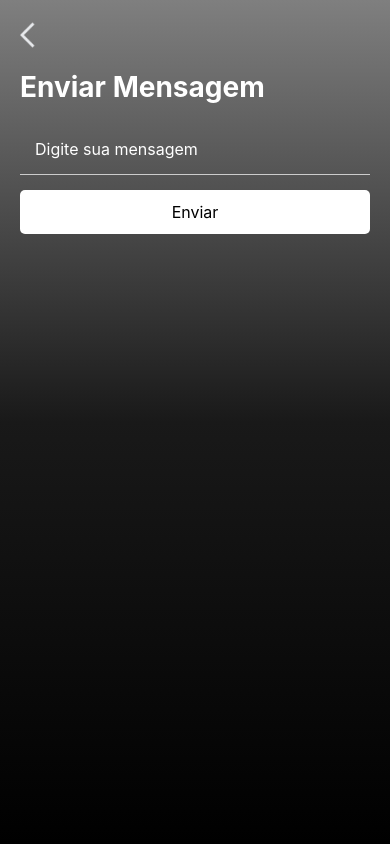
Repository: Matheus904-12/Notifire
Screen: /SendMessage (app in notiFire/)
An editor plug-in stored every save of this project. The screen is shown before and after the next save, followed by the edit.
The app was drawn by React Native's web renderer in a window 390 px wide. The project was rebuilt for these pictures with package versions that can differ from the ones it lists, and the page was loaded fresh each time. Also part of the build but not shown: notiFire/screens/AuthScreen.js, notiFire/screens/CadastroScreen.js.

Above is the screen before, as saved 2024-07-30 12:15:38.

### notiFire/App.js
import React from 'react';
import { NavigationContainer } from '@react-navigation/native';
import { createStackNavigator } from '@react-navigation/stack';
import HomeScreen from './screens/HomeScreen';
import AuthScreen from './screens/AuthScreen';
import SendMessageScreen from './screens/SendMessageScreen';
import CadastroScreen from './screens/CadastroScreen';

const Stack = createStackNavigator();

export default function App() {
  return (
    <NavigationContainer>
      <Stack.Navigator initialRouteName="Home">
      <Stack.Screen name="Home" component={HomeScreen} options={{ headerShown: false }} />
        <Stack.Screen name="Auth" component={AuthScreen} options={{ headerShown: false }} />
        <Stack.Screen name="SendMessage" component={SendMessageScreen} options={{ headerShown: false }} />
        <Stack.Screen name="Cadastro" component={CadastroScreen} options={{ headerShown: false }} />
      </Stack.Navigator>
    </NavigationContainer>
  );
}

### notiFire/screens/HomeScreen.js
import React from 'react';
import { View, Text, StyleSheet, TouchableOpacity, Image } from 'react-native';
import { LinearGradient } from 'expo-linear-gradient';

export default function HomeScreen({ navigation }) {
  return (
    <LinearGradient
      colors={['#7f7f7f', '#191919', '#000000']} // Substitua pelas cores do seu gradiente
      style={styles.background}
    >
      <View style={styles.container}>
        <Image source={require('../assets/logo.gif')} style={styles.logo} />
        <Text style={styles.title}>Notificações Organizadas</Text>
        <TouchableOpacity style={styles.button} onPress={() => navigation.navigate('Auth')}>
          <Text style={styles.buttonText}>Vamos Lá</Text>
        </TouchableOpacity>
      </View>
    </LinearGradient>
  );
}

const styles = StyleSheet.create({
  background: {
    flex: 1,
    justifyContent: 'center',
    alignItems: 'center',
  },
  container: {
    alignItems: 'center',
  },
  logo: {
    width: 400,
    height: 200,
    marginBottom: 20,
  },
  title: {
    fontSize: 22,
    color: '#fff',
    marginBottom: 20,
    fontWeight: 'semi-bold',
    top: -20,
  },
  button: {
    backgroundColor: '#fff',
    paddingVertical: 10,
    paddingHorizontal: 20,
    borderRadius: 15,
  },
  buttonText: {
    color: '#000',
    fontSize: 20,
    fontWeight: 'bold',
  },
});

### notiFire/screens/SendMessageScreen.js
import React, { useState, useEffect } from 'react';
import { View, Text, TextInput, TouchableOpacity, Image, Alert, FlatList, StyleSheet } from 'react-native';
import { LinearGradient } from 'expo-linear-gradient';
import { auth, firestore } from '../firebaseConfig';
import { collection, addDoc, getDocs, query, orderBy, updateDoc, deleteDoc, doc } from 'firebase/firestore';

export default function SendMessageScreen({ navigation }) {
  const [mensagem, setMensagem] = useState('');
  const [mensagens, setMensagens] = useState([]);
  const user = auth.currentUser;

  useEffect(() => {
    if (!user) {
      navigation.navigate('Login');
      return;
    }
    buscarMensagens();
  }, [user]);

  const buscarMensagens = async () => {
    try {
      const mensagensQuery = query(collection(firestore, 'mensagens'), orderBy('timestamp', 'asc'));
      const querySnapshot = await getDocs(mensagensQuery);
      const mensagensList = querySnapshot.docs.map(doc => ({
        id: doc.id,
        ...doc.data(),
      }));
      setMensagens(mensagensList);
    } catch (error) {
      console.error('Erro ao buscar mensagens: ', error);
    }
  };

  const enviarMensagem = async () => {
    if (!user) {
      alert('Você precisa estar autenticado para enviar mensagens.');
      return;
    }

    try {
      await addDoc(collection(firestore, 'mensagens'), {
        texto: mensagem,
        usuario: user.email,
        timestamp: new Date(),
        visualizada: null,
      });
      Alert.alert('Mensagem enviada', 'Sua mensagem foi enviada com sucesso.');
      setMensagem('');
      buscarMensagens();
    } catch (error) {
      console.error('Erro ao enviar mensagem: ', error);
    }
  };

  const marcarComoLida = async (id) => {
    try {
      const mensagemRef = doc(firestore, 'mensagens', id);
      await updateDoc(mensagemRef, {
        visualizada: new Date(),
      });
      buscarMensagens();
    } catch (error) {
      console.error('Erro ao marcar como lida: ', error);
    }
  };

  const excluirMensagem = async (id) => {
    try {
      await deleteDoc(doc(firestore, 'mensagens', id));
      buscarMensagens();
    } catch (error) {
      console.error('Erro ao excluir mensagem: ', error);
    }
  };

  const renderMensagem = ({ item }) => (
    <View style={[styles.mensagemContainer, item.visualizada && styles.mensagemVisualizada]}>
      <Text style={styles.mensagemTexto}>{item.texto}</Text>
      {item.visualizada ? (
        <Text style={styles.mensagemData}>Visualizada em {new Date(item.visualizada).toLocaleString()}</Text>
      ) : (
        <TouchableOpacity style={styles.buttonLida} onPress={() => marcarComoLida(item.id)}>
          <Text style={styles.buttonText}>Marcar como lida</Text>
        </TouchableOpacity>
      )}
      <TouchableOpacity style={styles.buttonExcluir} onPress={() => excluirMensagem(item.id)}>
        <Text style={styles.buttonText}>Excluir</Text>
      </TouchableOpacity>
    </View>
  );

  return (
    <LinearGradient colors={['#7f7f7f', '#191919', '#000000']} style={styles.background}>
      <View style={styles.container}>
        <TouchableOpacity style={styles.backButton} onPress={() => navigation.goBack()}>
          <Image source={require('../assets/back.png')} style={styles.backButtonImage} />
        </TouchableOpacity>
        <Text style={styles.title}>Enviar Mensagem</Text>
        <TextInput
          style={styles.input}
          placeholder="Digite sua mensagem"
          value={mensagem}
          onChangeText={setMensagem}
          placeholderTextColor="#fff"
        />
        <TouchableOpacity style={styles.buttonEnviar} onPress={enviarMensagem}>
          <Text style={styles.buttonText}>Enviar</Text>
        </TouchableOpacity>
        <FlatList
          data={mensagens}
          renderItem={renderMensagem}
          keyExtractor={item => item.id}
          style={styles.mensagensContainer}
        />
      </View>
    </LinearGradient>
  );
}

const styles = StyleSheet.create({
  background: {
    flex: 1,
  },
  container: {
    flex: 1,
    paddingHorizontal: 20,
    paddingTop: 20,
  },
  backButton: {
    marginBottom: 20,
  },
  backButtonImage: {
    width: 30,
    height: 30,
  },
  title: {
    fontSize: 28,
    fontWeight: 'bold',
    color: '#fff',
    marginBottom: 20,
  },
  input: {
    width: '100%',
    padding: 15,
    marginBottom: 15,
    borderBottomWidth: 1,
    borderBottomColor: '#ccc',
    color: '#fff',
    fontSize: 16,
  },
  buttonEnviar: {
    backgroundColor: '#fff',
    paddingVertical: 12,
    alignItems: 'center',
    borderRadius: 5,
    marginBottom: 20,
  },
  buttonText: {
    color: '#000',
    fontSize: 16,
  },
  mensagensContainer: {
    flex: 1,
  },
  mensagemContainer: {
    padding: 15,
    borderBottomWidth: 1,
    borderBottomColor: '#ccc',
    marginBottom: 10,
    backgroundColor: '#222',
    borderRadius: 5,
  },
  mensagemVisualizada: {
    backgroundColor: '#333',
  },
  mensagemTexto: {
    color: '#fff',
    fontSize: 16,
  },
  mensagemData: {
    color: '#00ff00',
    fontStyle: 'italic',
    marginTop: 5,
  },
  buttonLida: {
    backgroundColor: '#00f',
    padding: 8,
    alignItems: 'center',
    borderRadius: 5,
    marginVertical: 5,
  },
  buttonExcluir: {
    backgroundColor: '#f00',
    padding: 8,
    alignItems: 'center',
    borderRadius: 5,
    marginVertical: 5,
  },
});

### notiFire/firebaseConfig.js
// Import the functions you need from the SDKs you need
import { initializeApp } from 'firebase/app';
import { getAuth } from 'firebase/auth';
import { getFirestore } from 'firebase/firestore';
// TODO: Add SDKs for Firebase products that you want to use
// https://firebase.google.com/docs/web/setup#available-libraries

// Your web app's Firebase configuration
const firebaseConfig = {
    apiKey: "AIzaSyAF1uzX8js4F4ZH86pA6TPNXJvsc1xmcV0",
    authDomain: "cadfire-c3467.firebaseapp.com",
    projectId: "cadfire-c3467",
    storageBucket: "cadfire-c3467.appspot.com",
    messagingSenderId: "767055740554",
    appId: "1:767055740554:web:86e6a5bace1fa542d27773",
    measurementId: "G-JJXS5EHFQR"
  };

// Initialize Firebase
const app = initializeApp(firebaseConfig);
const auth = getAuth(app);
const firestore = getFirestore(app);


export { auth, firestore };

After the next save:
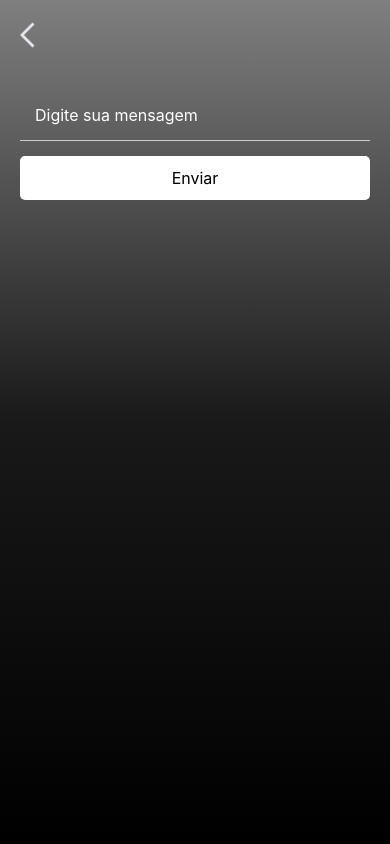
Saved 7 min 11 s later.
--- a/notiFire/screens/SendMessageScreen.js
+++ b/notiFire/screens/SendMessageScreen.js
@@ -7,6 +7,8 @@ import { collection, addDoc, getDocs, query, orderBy, updateDoc, deleteDoc, doc
 export default function SendMessageScreen({ navigation }) {
   const [mensagem, setMensagem] = useState('');
   const [mensagens, setMensagens] = useState([]);
+  const [userEmail, setUserEmail] = useState('');
+
   const user = auth.currentUser;
 
   useEffect(() => {
@@ -14,6 +16,7 @@ export default function SendMessageScreen({ navigation }) {
       navigation.navigate('Login');
       return;
     }
+    setUserEmail(user.email);
     buscarMensagens();
   }, [user]);
 
@@ -95,7 +98,7 @@ export default function SendMessageScreen({ navigation }) {
         <TouchableOpacity style={styles.backButton} onPress={() => navigation.goBack()}>
           <Image source={require('../assets/back.png')} style={styles.backButtonImage} />
         </TouchableOpacity>
-        <Text style={styles.title}>Enviar Mensagem</Text>
+        <Text style={styles.title}>{userEmail}</Text>
         <TextInput
           style={styles.input}
           placeholder="Digite sua mensagem"
